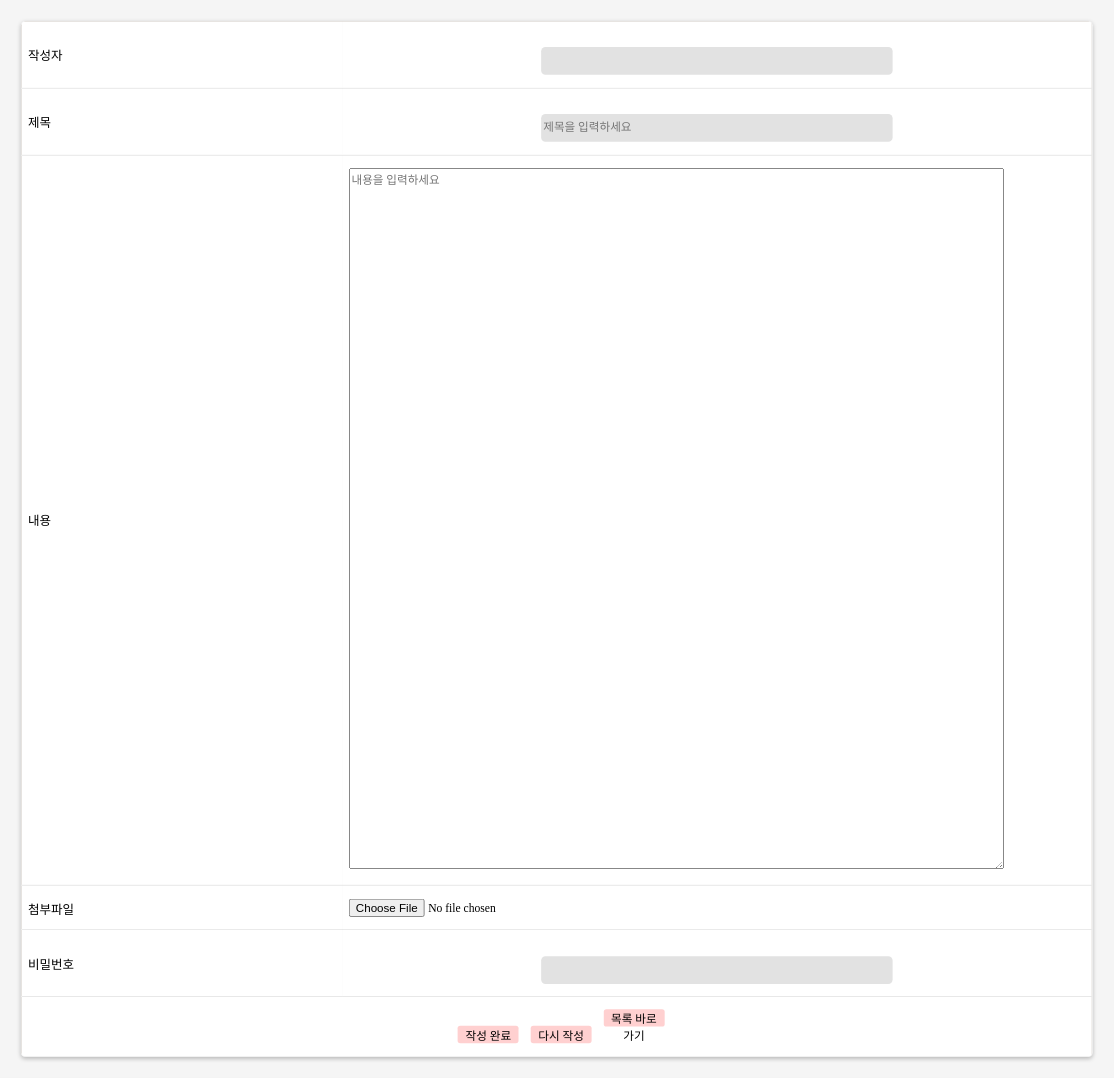
Repository: ssoo0011/school
Page: http://localhost/SBoard/MVCBoard/Write.jsp
These files come from the project's save history. The page is drawn as it stood at one moment and after the next save; the edit follows.
The browser window is 1280 px wide. The pictures show the whole page, at 87% of full size.
Some web fonts or font styles are not loaded; a fallback is used. The page is served by Tomcat 9.

Above is the page before, as saved 2023-03-21 05:55:25.

After the next save:
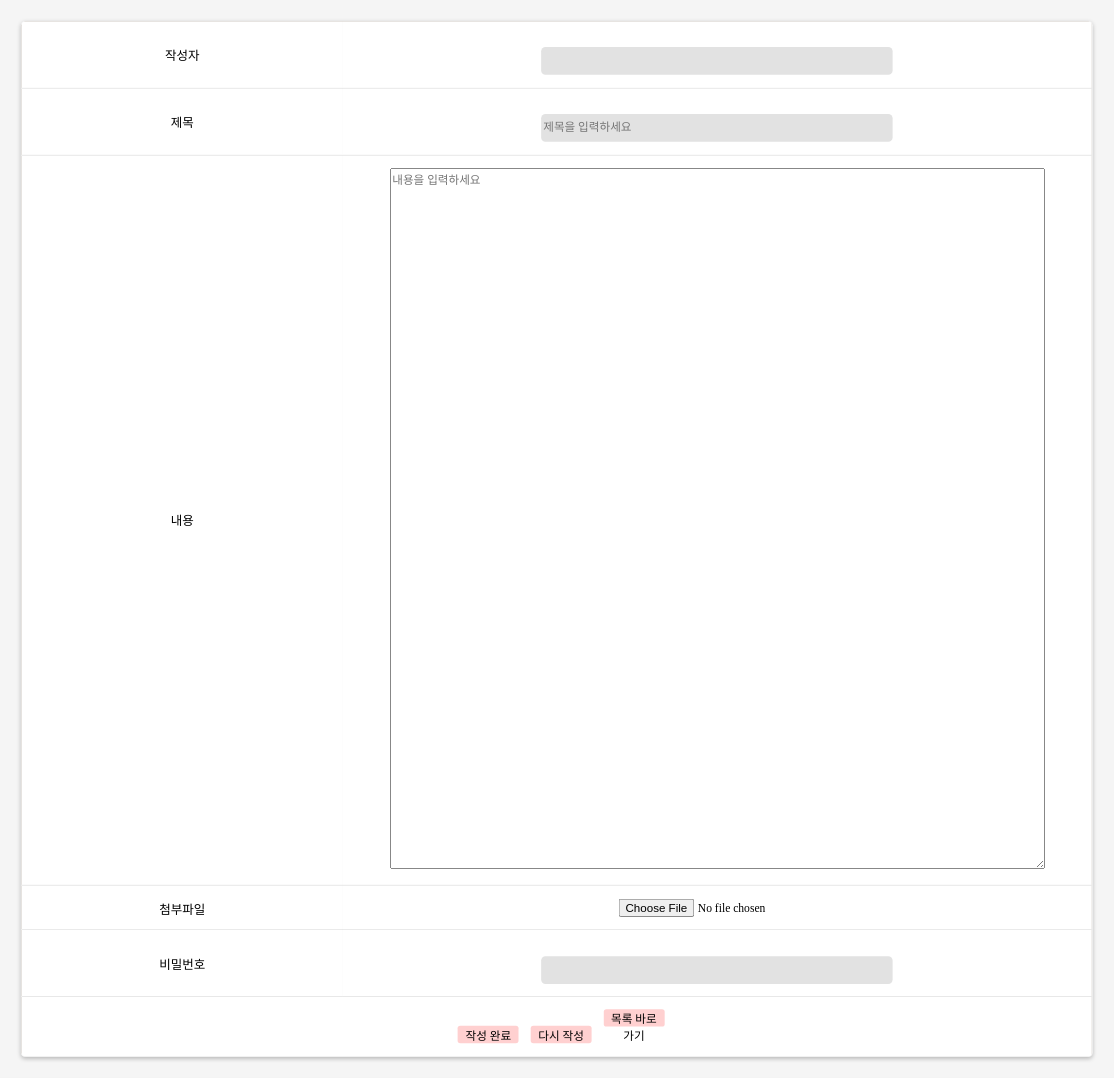
Saved 12 s later.
--- a/JSP/SBoard/WebContent/table.css
+++ b/JSP/SBoard/WebContent/table.css
@@ -55,7 +55,7 @@ table {
   border-collapse: collapse;
   border-radius: 5px;
   overflow: hidden;
-  text : center;
+  text-align : center;
 }
 
 th {
